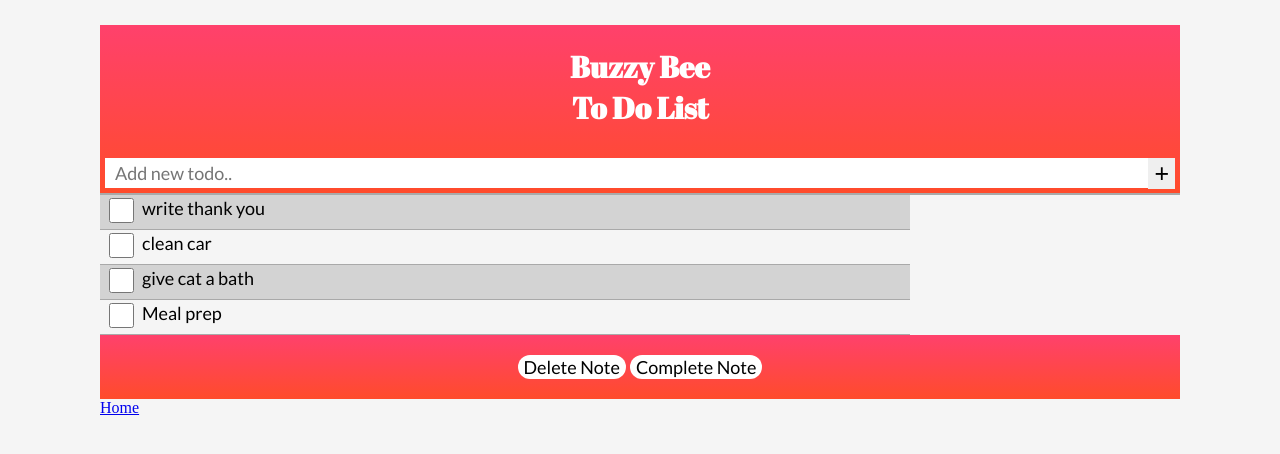
Repository: seleniadelgado/backend-spring2020-angie
Page: projects/todo/public_html/index.html
The author's editor kept a copy of each file at every save. The page is drawn from the files as they stood at one save, then again after the next save.
The browser window is 1280 px wide. The pictures show the whole page.
The page's requests for data from a server got no answer.

Above is the page before, as saved 2020-05-13 17:22:49.

After the next save:
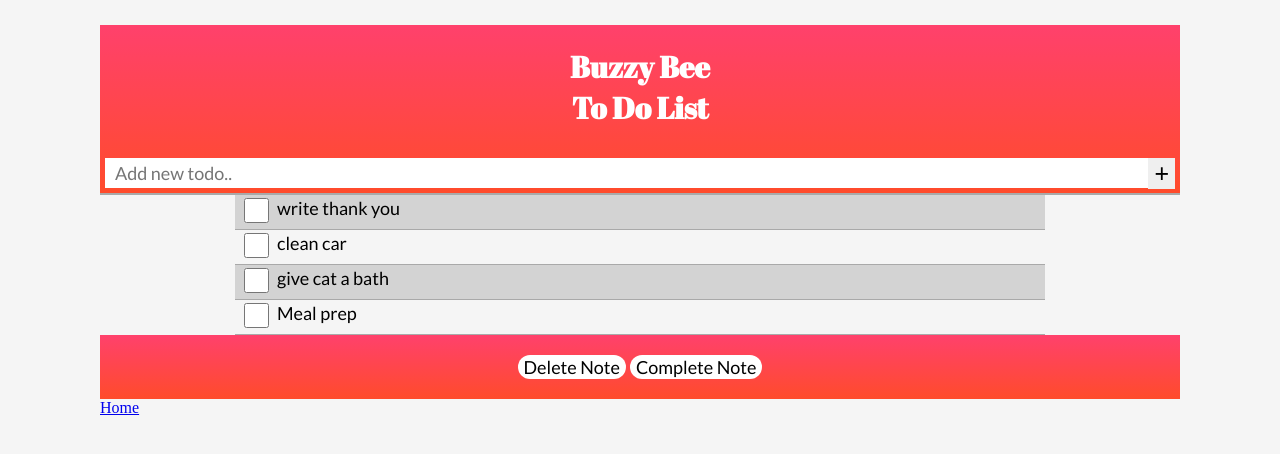
Saved 2 min 4 s later.
--- a/projects/todo/public_html/styles.css
+++ b/projects/todo/public_html/styles.css
@@ -64,6 +64,9 @@ body {
 }
 .todoList {
     background-color: var(--main-color);
+    display: flex;
+    align-content: center;
+    justify-content: center;
 }
 #myList li:nth-child(odd) {
     background: lightgray;
